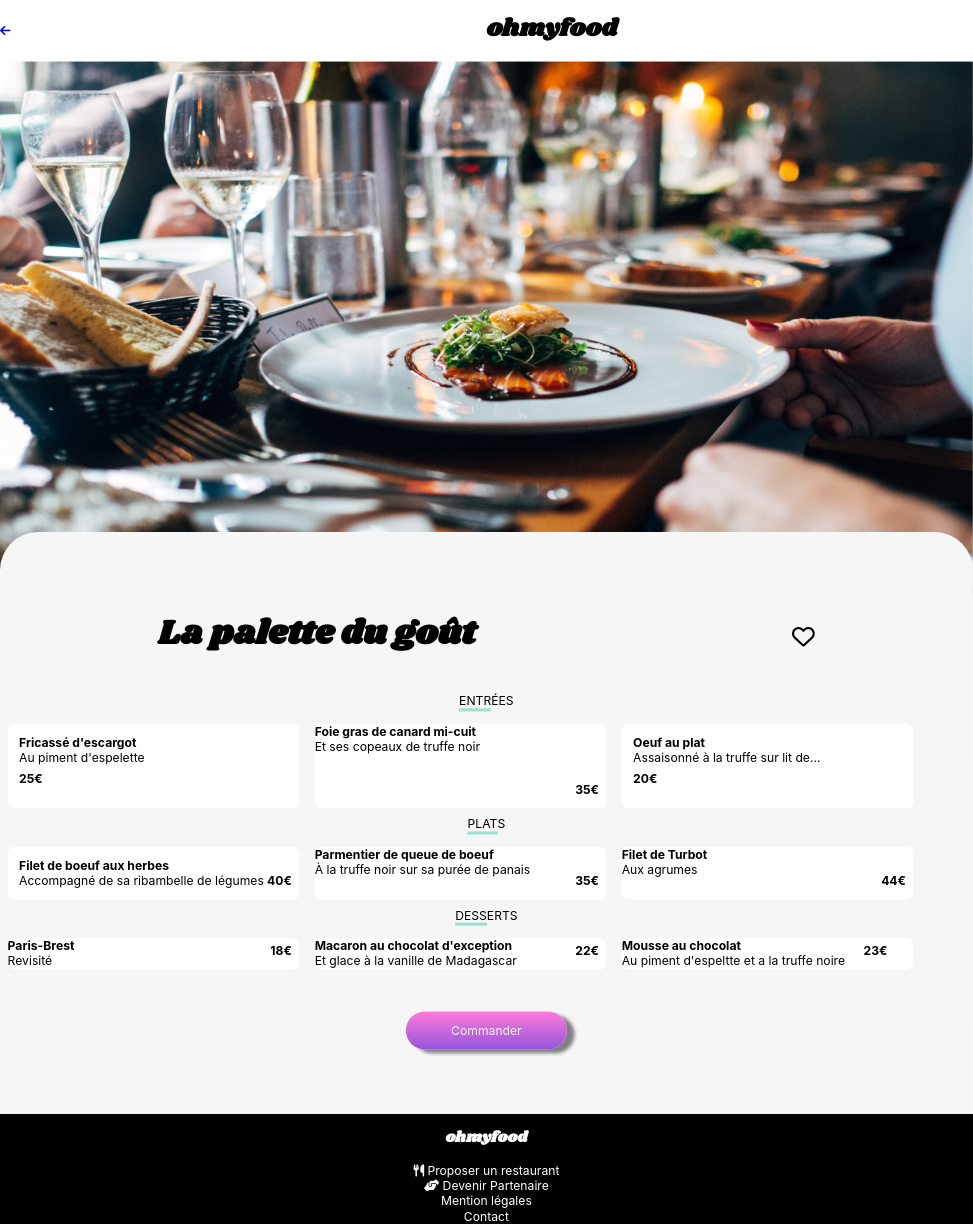
Repository: yacinebouk/ohmyfood
Page: palette.html
An editor plug-in stored every save of this project. The page is shown before and after the next save, followed by the edit.
The browser window is 1280 px wide. The pictures show the whole page, at 76% of full size.
Some web libraries are served in a nearby version. The style sheet was rebuilt from its Sass, Less or Tailwind sources for each picture, by a compiler version that may differ from the author's.

Above is the page before, as saved 2022-06-27 18:19:16.

After the next save:
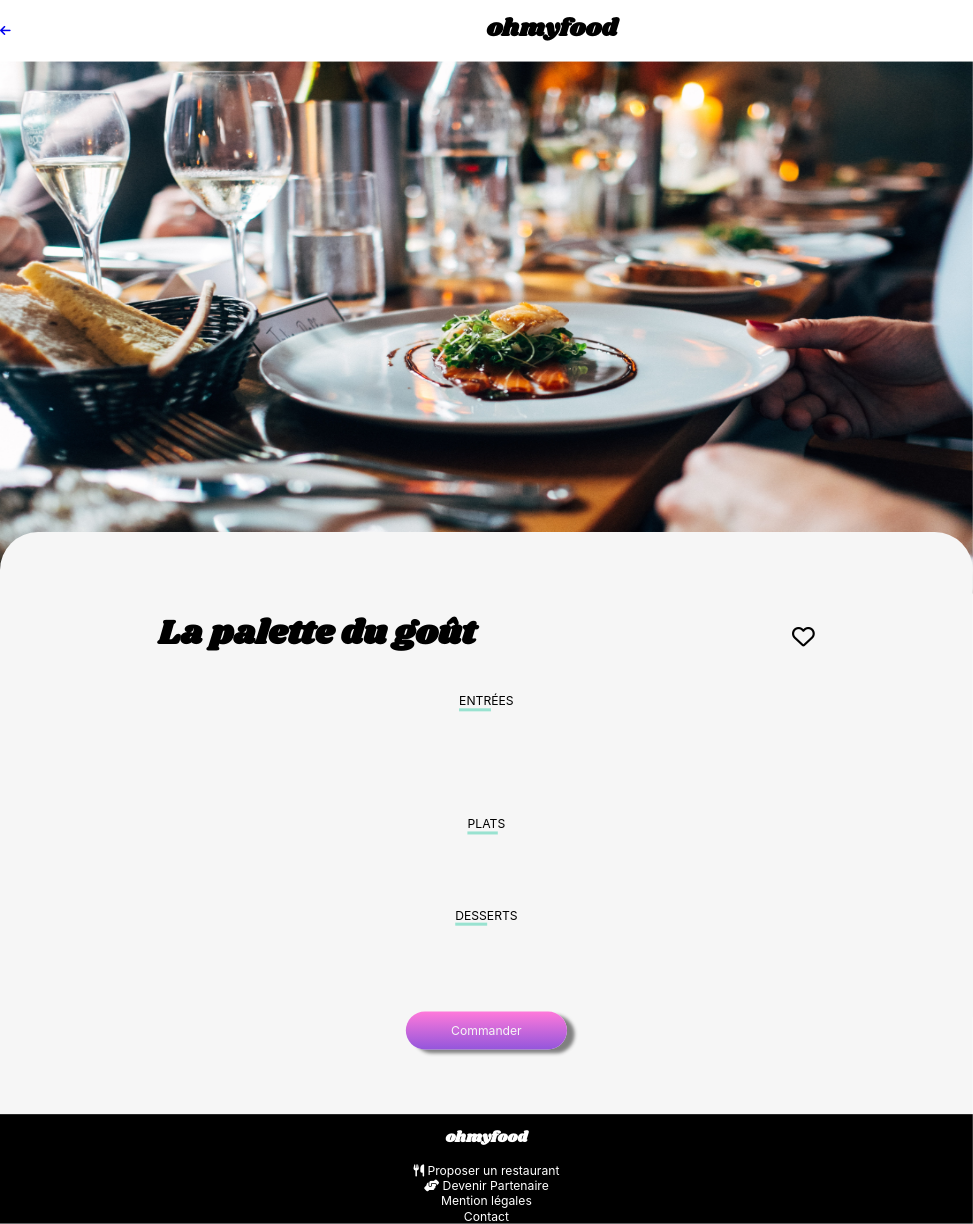
Saved 19 s later.
--- a/style/francaise.scss
+++ b/style/francaise.scss
@@ -101,7 +101,7 @@
          }
 
          .border {
-             animation: slideUp .25s forwards;
+             animation: slideUp .25s ease-in-out;
          }
 
          .border:nth-child(1) {

After the 3 saves that followed:
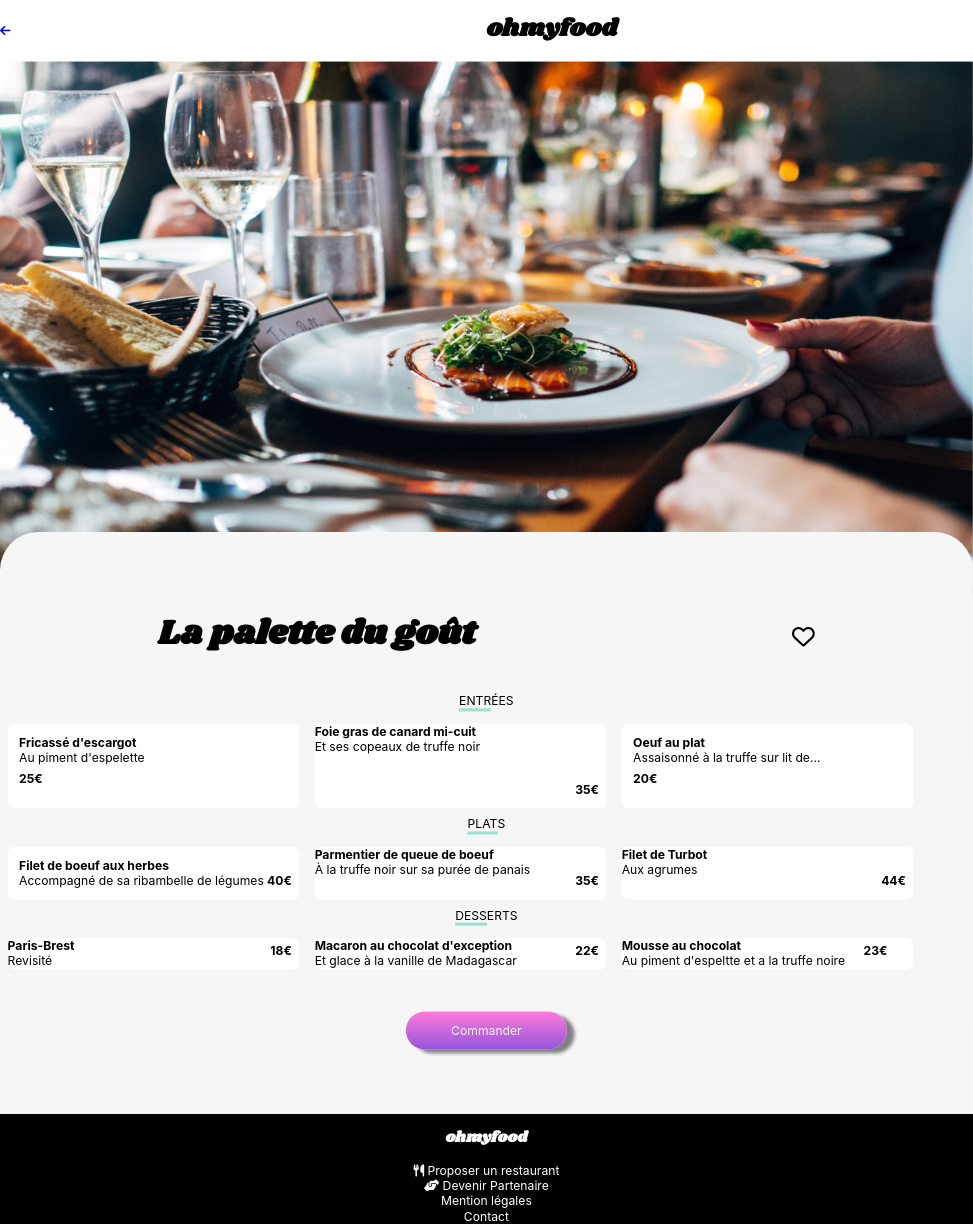
The 3 saves are shown as one change because 2 left the picture as it was.
The last was saved 21 s later.
--- a/style/francaise.scss
+++ b/style/francaise.scss
@@ -101,7 +101,7 @@
          }
 
          .border {
-             animation: slideUp .25s ease-in-out;
+             animation: slideUp .25s forwards;
          }
 
          .border:nth-child(1) {
